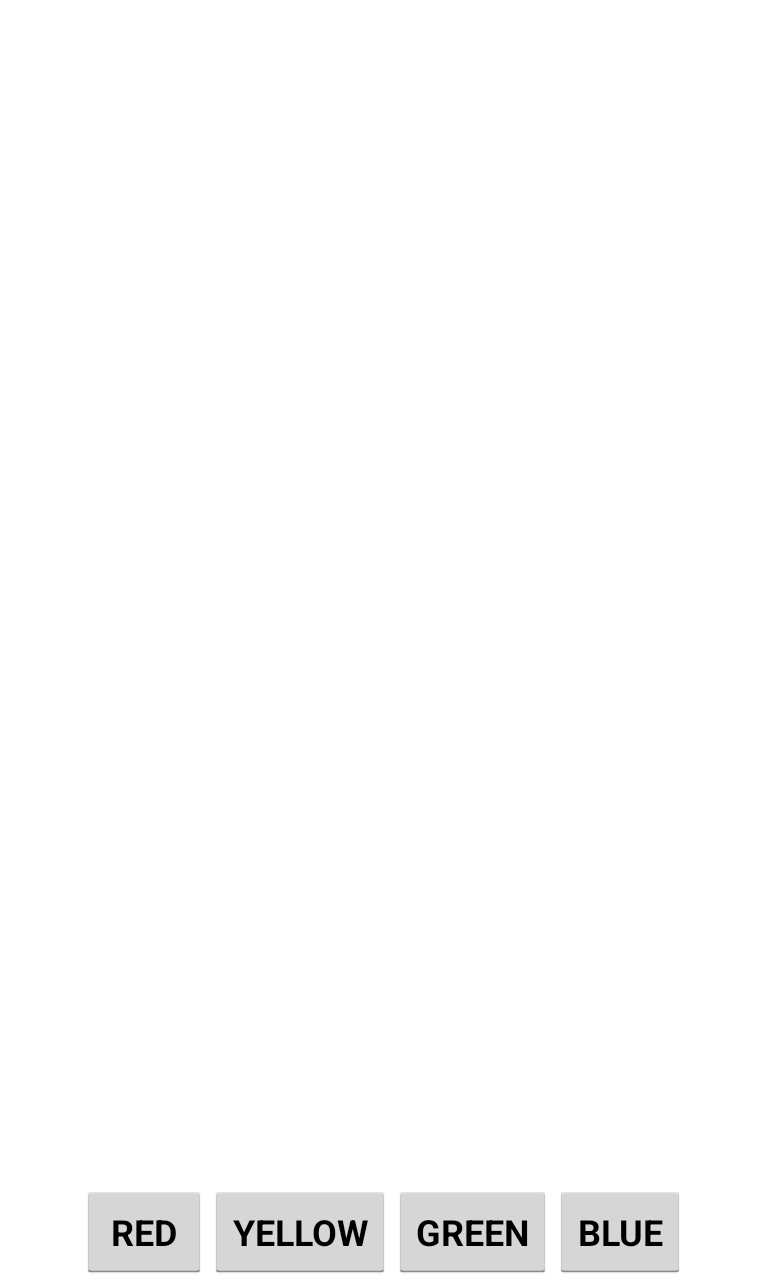
Repository: SettawutSomboon/SouthNationalPark
Layout: SouthNationalParkTravel/SouthNationalPark/res/layout/test.xml
These files come from the project's save history. The layout is drawn as it stood at one moment and after the next save; the edit follows.
It is drawn on a 768 x 1280 px phone screen (xhdpi) without system bars, with theme AppTheme; the app's code is not run.

Above is the layout before, as saved 2015-02-27 11:22:45.

After the next save:
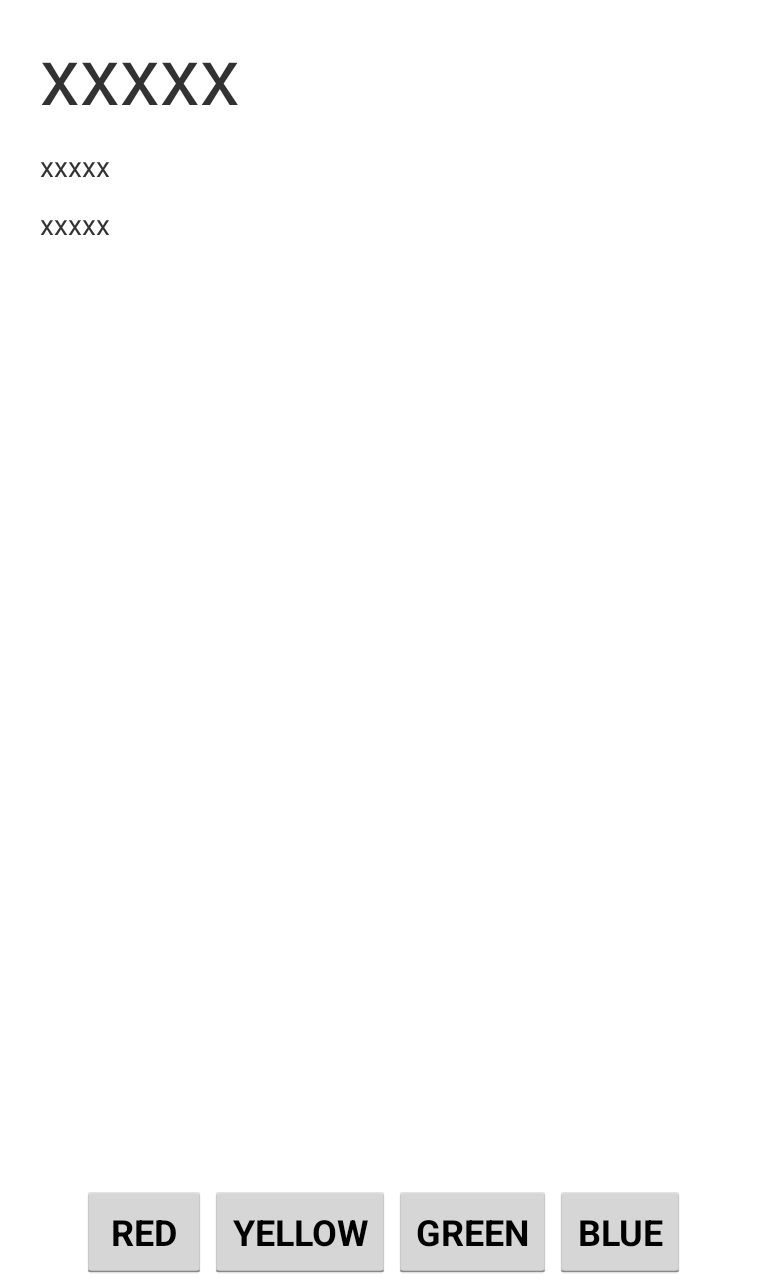
Saved 2 min 22 s later.
--- a/SouthNationalParkTravel/SouthNationalPark/res/layout/test.xml
+++ b/SouthNationalParkTravel/SouthNationalPark/res/layout/test.xml
@@ -3,6 +3,7 @@
     android:layout_width="match_parent"
     android:layout_height="match_parent"
     android:orientation="vertical" >
+
     <ScrollView
         android:id="@+id/sv_step1_purchase"
         android:layout_width="match_parent"
@@ -15,77 +16,84 @@
 
         <LinearLayout
             android:id="@+id/rl_easyfund_step1_purchase_wrap_content"
-            android:orientation="vertical"
             android:layout_width="match_parent"
             android:layout_height="wrap_content"
             android:layout_marginTop="10dp"
-                    android:paddingBottom="10dp"
-        android:paddingLeft="10dp"
-        android:paddingRight="10dp" >
+            android:orientation="vertical"
+            android:paddingBottom="10dp"
+            android:paddingLeft="10dp"
+            android:paddingRight="10dp" >
 
             <TextView
                 android:id="@+id/txt_parkname"
-                        android:layout_width="match_parent"
-             android:layout_height="wrap_content"
-                 />
+                android:layout_width="match_parent"
+                android:layout_height="wrap_content"
+                android:textSize="40dp"
+                android:text="xxxxx" />
+
+            <TextView
+                android:id="@+id/txt_general"
+                android:layout_width="match_parent"
+                android:layout_height="wrap_content"
+                android:layout_marginTop="10dp"
+                android:text="xxxxx" />
 
             <TextView
                 android:id="@+id/txt_topography"
-                        android:layout_width="match_parent"
-             android:layout_height="wrap_content"
-                 />
-
-
-       </LinearLayout>
+                android:layout_width="match_parent"
+                android:layout_height="wrap_content"
+                android:layout_marginTop="10dp"
+                android:text="xxxxx" />
+        </LinearLayout>
     </ScrollView>
 
-   <LinearLayout
+    <LinearLayout
         android:layout_width="match_parent"
         android:layout_height="match_parent"
         android:gravity="bottom"
-        android:orientation="vertical">
+        android:orientation="vertical" >
 
-<RelativeLayout
-        android:id="@+id/rl_easyfund_step1_purchase_next"
-        android:layout_width="match_parent"
-        android:layout_height="wrap_content" >
-  <LinearLayout
-        android:layout_width="fill_parent"
-        android:layout_height="wrap_content"
-        android:background="#ffffff"
-        android:gravity="center"
-        android:orientation="horizontal" >
+        <RelativeLayout
+            android:id="@+id/rl_easyfund_step1_purchase_next"
+            android:layout_width="match_parent"
+            android:layout_height="wrap_content" >
 
-        <Button
-            android:id="@+id/red__bt_id"
-            android:layout_width="wrap_content"
-            android:layout_height="wrap_content"
-            android:text="RED"
-            android:textStyle="bold" />
+            <LinearLayout
+                android:layout_width="fill_parent"
+                android:layout_height="wrap_content"
+                android:background="#ffffff"
+                android:gravity="center"
+                android:orientation="horizontal" >
 
-        <Button
-            android:id="@+id/yellow_bt_id"
-            android:layout_width="wrap_content"
-            android:layout_height="wrap_content"
-            android:text="YELLOW"
-            android:textStyle="bold" />
+                <Button
+                    android:id="@+id/red__bt_id"
+                    android:layout_width="wrap_content"
+                    android:layout_height="wrap_content"
+                    android:text="RED"
+                    android:textStyle="bold" />
 
-        <Button
-            android:id="@+id/green_bt_id"
-            android:layout_width="wrap_content"
-            android:layout_height="wrap_content"
-            android:text="GREEN"
-            android:textStyle="bold" />
+                <Button
+                    android:id="@+id/yellow_bt_id"
+                    android:layout_width="wrap_content"
+                    android:layout_height="wrap_content"
+                    android:text="YELLOW"
+                    android:textStyle="bold" />
 
-        <Button
-            android:id="@+id/blue_bt_id"
-            android:layout_width="wrap_content"
-            android:layout_height="wrap_content"
-            android:text="BLUE"
-            android:textStyle="bold" />
+                <Button
+                    android:id="@+id/green_bt_id"
+                    android:layout_width="wrap_content"
+                    android:layout_height="wrap_content"
+                    android:text="GREEN"
+                    android:textStyle="bold" />
+
+                <Button
+                    android:id="@+id/blue_bt_id"
+                    android:layout_width="wrap_content"
+                    android:layout_height="wrap_content"
+                    android:text="BLUE"
+                    android:textStyle="bold" />
+            </LinearLayout>
+        </RelativeLayout>
     </LinearLayout>
 
-    </RelativeLayout>
 </LinearLayout>
-
-</LinearLayout>
